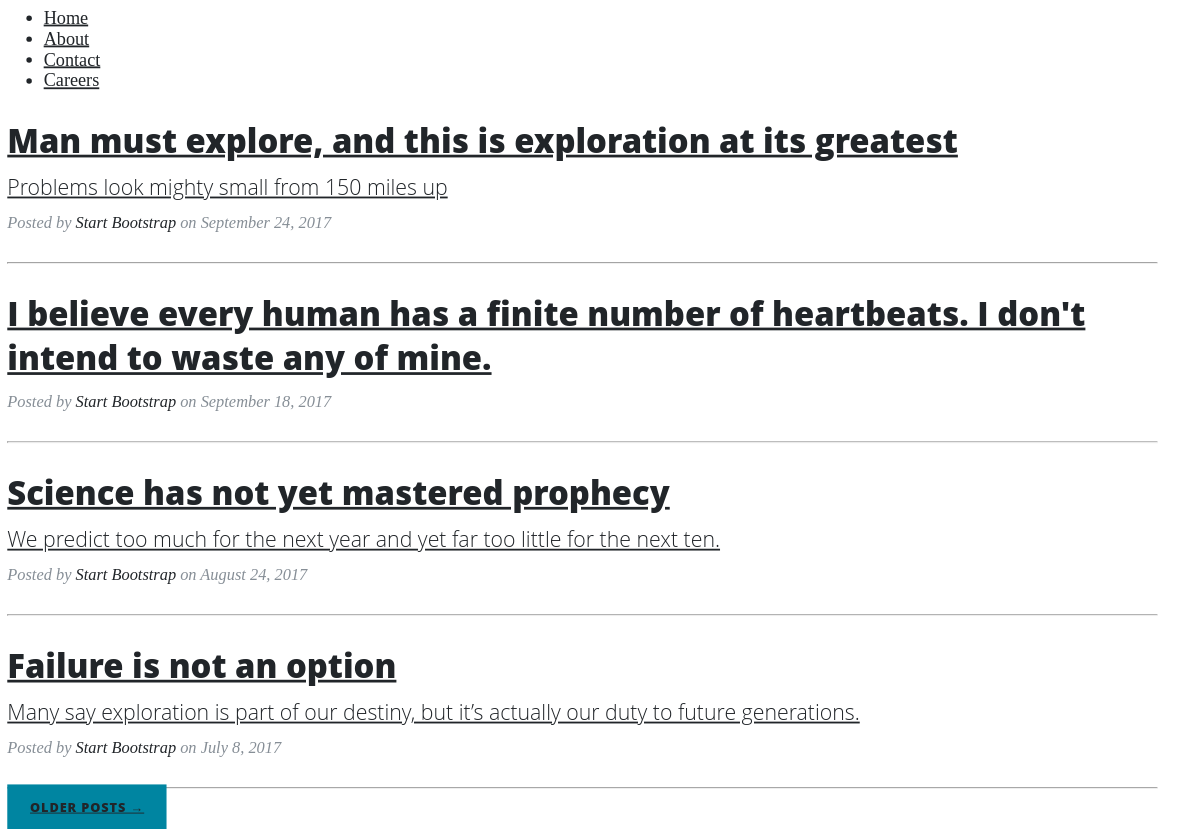
Repository: irinatu17/Flask
Page: http://localhost/
The author's editor kept a record of every edit. The page is drawn from the files as they stood at one moment, then again after the next edit.
The browser window is 1280 px wide. The page is 1280 px wide, then 1295 px, so the pictures cover 1295 px, including what lies to the right of the window. The pictures show the whole page, at 91% of full size.
The page is served by the project's application, run on Flask 3 (run.py).

Above is the page before.

### templates/index.html
{% extends 'base.html' %} {% block content %}

<div class="row">
    <div class="col-lg-8 col-md-10 mx-auto">
        <div class="post-preview">
            <a href="post.html">
                <h2 class="post-title">
                    Man must explore, and this is exploration at its greatest
                </h2>
                <h3 class="post-subtitle">
                    Problems look mighty small from 150 miles up
                </h3>
            </a>
            <p class="post-meta">Posted by
                <a href="#">Start Bootstrap</a> on September 24, 2017</p>
        </div>
        <hr>
        <div class="post-preview">
            <a href="post.html">
                <h2 class="post-title">
                    I believe every human has a finite number of heartbeats. I don't intend to waste any of mine.
                </h2>
            </a>
            <p class="post-meta">Posted by
                <a href="#">Start Bootstrap</a> on September 18, 2017</p>
        </div>
        <hr>
        <div class="post-preview">
            <a href="post.html">
                <h2 class="post-title">
                    Science has not yet mastered prophecy
                </h2>
                <h3 class="post-subtitle">
                    We predict too much for the next year and yet far too little for the next ten.
                </h3>
            </a>
            <p class="post-meta">Posted by
                <a href="#">Start Bootstrap</a> on August 24, 2017</p>
        </div>
        <hr>
        <div class="post-preview">
            <a href="post.html">
                <h2 class="post-title">
                    Failure is not an option
                </h2>
                <h3 class="post-subtitle">
                    Many say exploration is part of our destiny, but it’s actually our duty to future generations.
                </h3>
            </a>
            <p class="post-meta">Posted by
                <a href="#">Start Bootstrap</a> on July 8, 2017</p>
        </div>
        <hr>
        <!-- Pager -->
        <div class="clearfix">
            <a class="btn btn-primary float-right" href="#">Older Posts &rarr;</a>
        </div>
    </div>
</div>
{% endblock %}

### templates/base.html
<html>

<head>
    <title>Hello Flask</title>

    <link rel="stylesheet" href="{{ url_for('static', filename='css/clean-blog.min.css') }}" type="text/css" />
    <link rel="stylesheet" href="{{ url_for('static', filename='css/clean-blog.min.css') }}" type="text/css" />

</head>

<body>
    <nav>
        <ul>
            <li><a href="{{ url_for('index') }}">Home</a></li>
            <li><a href="{{ url_for('about') }}">About</a></li>
            <li><a href="{{ url_for('contact') }}">Contact</a></li>
            <li><a href="{{ url_for('careers') }}">Careers</a></li>
        </ul>
    </nav>

    {% block content %} {% endblock %}
</body>

</html>

### run.py
import os
import json
from flask import Flask, render_template, request, flash

app = Flask(__name__)
app.secret_key = 'some_secret'


@app.route('/')
def index():
    return render_template("index.html")


@app.route('/about')
def about():
    data = []
    with open("data/company.json", "r") as json_data:
        data = json.load(json_data)
    return render_template("about.html", page_title="About", company=data)


@app.route('/about/<member_name>')
def about_member(member_name):
    member = {}

    with open("data/company.json", "r") as json_data:
        data = json.load(json_data)
        for obj in data:
            if obj["url"] == member_name:
                member = obj

    return render_template("member.html", member=member)


@app.route('/contact', methods=["GET", "POST"])
def contact():
    if request.method == "POST":
        flash("Thanks {}, we have received your message".format(
            request.form["name"]
        ))
    return render_template("contact.html", page_title="Contact")


@app.route('/careers')
def careers():
    return render_template("careers.html", page_title="Careers")

if __name__ == '__main__':
    app.run(host=os.environ.get('IP'),
            port=int(os.environ.get('PORT')),
            debug=True)

Loaded but not shown: static/css/clean-blog.min.css (library)

After the next edit:
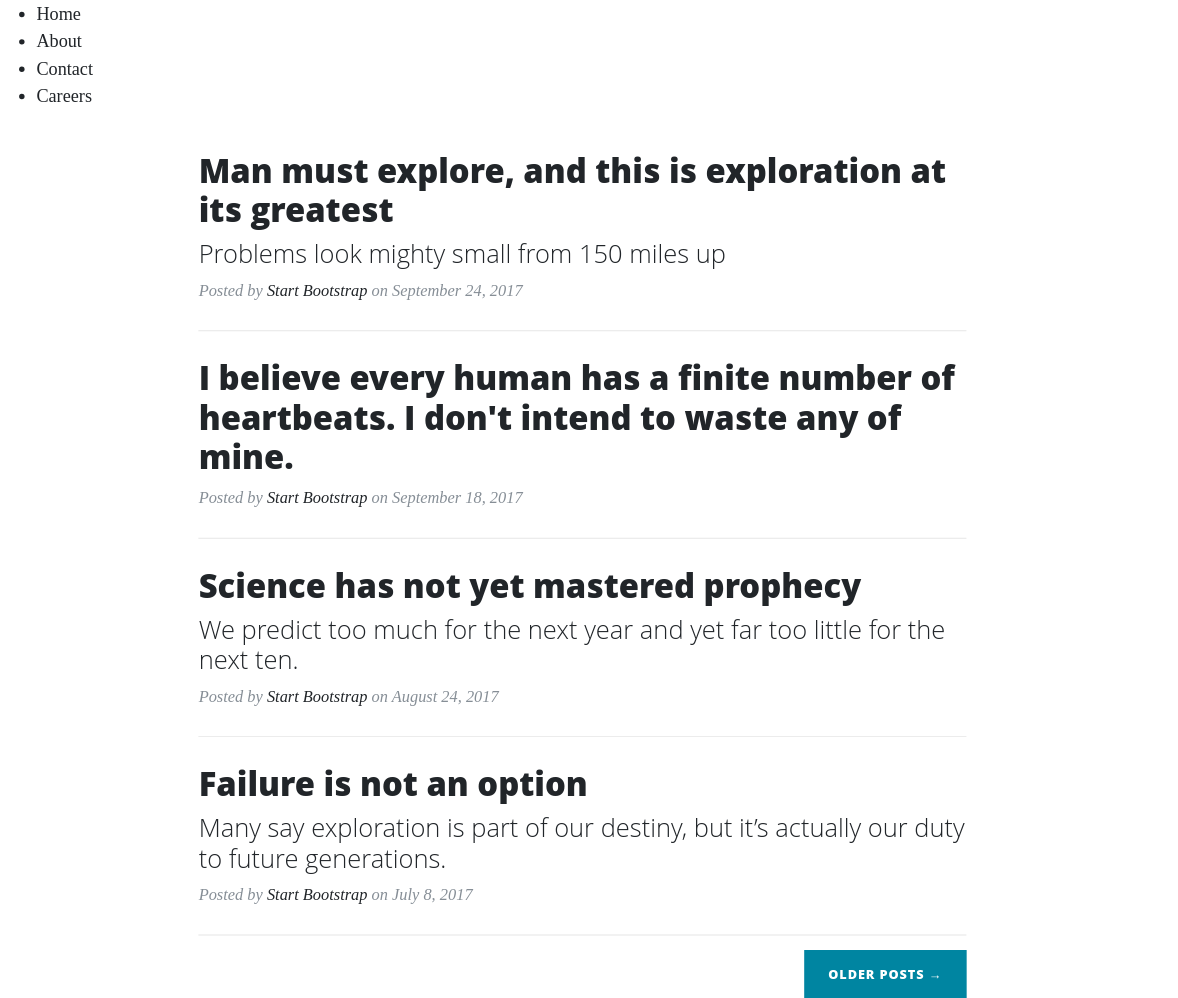
The edit:
--- a/templates/base.html
+++ b/templates/base.html
@@ -3,7 +3,7 @@
 <head>
     <title>Hello Flask</title>
 
-    <link rel="stylesheet" href="{{ url_for('static', filename='css/clean-blog.min.css') }}" type="text/css" />
+    <link rel="stylesheet" href="{{ url_for('static', filename='vendor/bootstrap/css/bootstrap.min.css') }}" type="text/css" />
     <link rel="stylesheet" href="{{ url_for('static', filename='css/clean-blog.min.css') }}" type="text/css" />
 
 </head>
